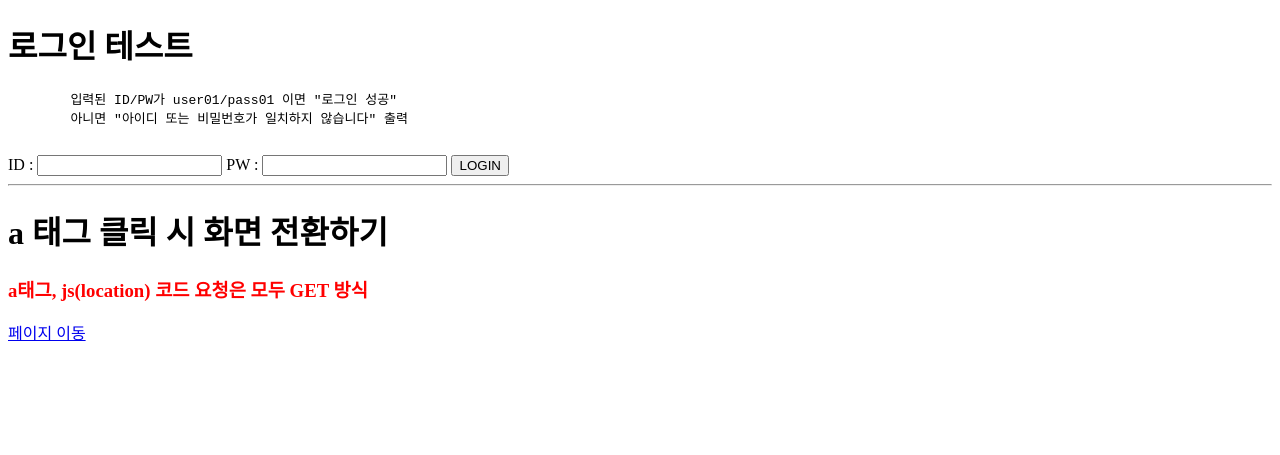
Repository: seungjoo1217/05_Server
Page: JSPProject1/src/main/webapp/index.html
The author's editor kept a copy of each file at every save. The page is drawn from the files as they stood at one save, then again after the next save.
The browser window is 1280 px wide. The pictures show the whole page.

Above is the page before, as saved 2024-03-22 01:32:52.

### JSPProject1/src/main/webapp/index.html
<!DOCTYPE html>
<html lang="en">
<head>
    <meta charset="UTF-8">
    <meta name="viewport" content="width=device-width, initial-scale=1.0">
    <title>JSP Project1</title>
</head>
<body>
    <h1>로그인 테스트</h1>

    <pre>
        입력된 ID/PW가 user01/pass01 이면 "로그인 성공"
        아니면 "아이디 또는 비밀번호가 일치하지 않습니다" 출력
    </pre>

    <form action="/login" method="post">
        ID : <input type="text" name="id">
        PW : <input type="password" name="pw">
        <button>LOGIN</button>
    </form>

    <hr>

    <h1>a 태그 클릭 시 화면 전환하기</h1>

    <h3 style="color : red;">a태그, js(location) 코드 요청은 모두 GET 방식</h3>

    <a href="/test/result">페이지 이동</a>











</body>
</html>

After the next save:
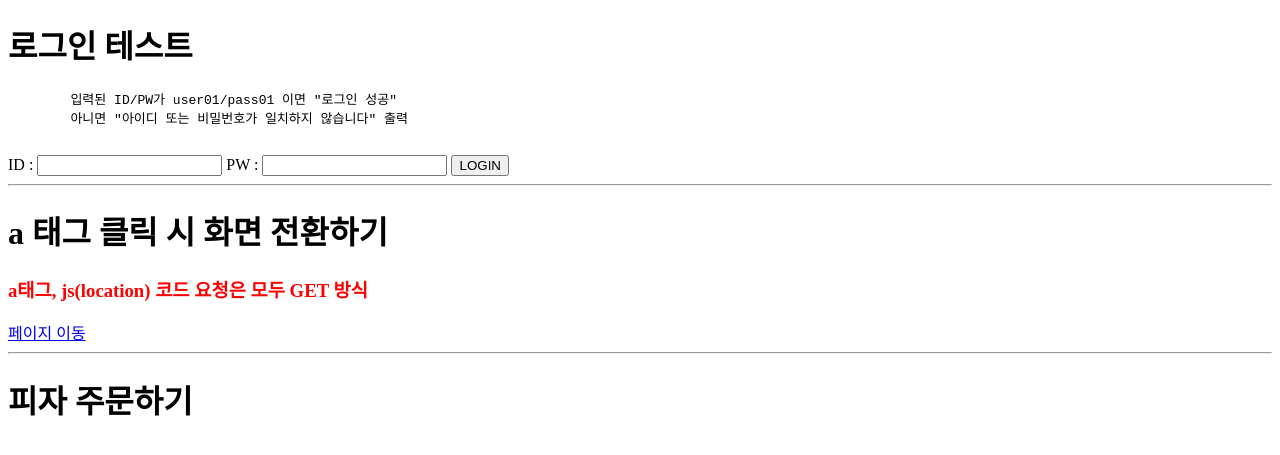
Saved 3 min 5 s later.
--- a/JSPProject1/src/main/webapp/index.html
+++ b/JSPProject1/src/main/webapp/index.html
@@ -28,6 +28,22 @@
     <a href="/test/result">페이지 이동</a>
 
 
+	<hr>
+
+	<h1>피자 주문하기</h1>
+
+
+
+
+
+
+
+
+
+
+
+
+
 
 
 
